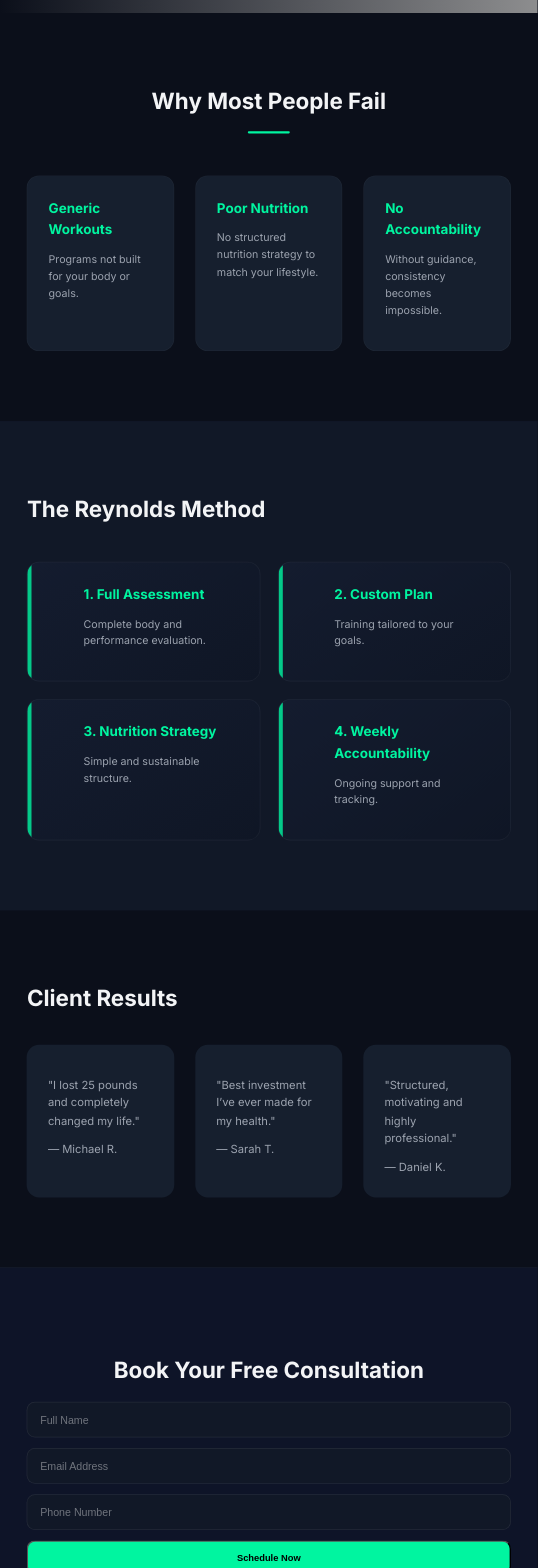
Repository: davidfsillva/Landing-page-pro
Page: index.html
An editor plug-in stored every save of this project. The page is shown before and after a run of saves, followed by the edit.
The browser window is 768 px wide. The pictures show the part of the page from y = 782 to 3022 px (the page is 3287 px tall before and 3803 px after), at 70% of full size.
Pictures or frames that could not be fetched are drawn as grey boxes.

Above is the page before, as saved 2026-02-25 19:21:58.

### index.html
<!DOCTYPE html>
<html lang="en">
<head>
    <!-- ================= BASIC META ================= -->
    <meta charset="UTF-8">
    <meta name="viewport" content="width=device-width, initial-scale=1.0, maximum-scale=5.0">
    <meta name="robots" content="index, follow">
    <link rel="canonical" href="https://www.davidperformance.com">

    <!-- ================= SEO ================= -->
    <title>David Performance | Elite Personal Trainer</title>
    <meta name="description" content="Elite personal training focused on fat loss, muscle building and peak performance. Customized programs, strategic nutrition and real accountability. Book your free fitness consultation today.">

    <!-- ================= OPEN GRAPH ================= -->
    <meta property="og:title" content="David Performance | Transform Your Body in 90 Days">
    <meta property="og:description" content="Personalized training programs with proven results. Limited spots available.">
    <meta property="og:type" content="website">
    <meta property="og:image" content="https://placehold.co/1200x630/0B1020/00FF99?text=DAVID+PERFORMANCE">
    <meta property="og:url" content="https://www.davidperformance.com">
    <meta name="twitter:card" content="summary_large_image">

    <!-- ================= FONTS ================= -->
    <link rel="preconnect" href="https://fonts.googleapis.com">
    <link href="https://fonts.googleapis.com/css2?family=Inter:wght@300;400;600;700;800&display=swap" rel="stylesheet">

    <!-- Icons -->
    <link rel="stylesheet" href="https://cdnjs.cloudflare.com/ajax/libs/font-awesome/6.0.0-beta3/css/all.min.css">

    <!-- CSS -->
    <link rel="stylesheet" href="style.css">

    <!-- ================= PIXEL / TRACKING ================= -->
    <!-- Add Meta Pixel or Google Tag Manager here -->
</head>

<body>

<header class="header">
  <div class="container header-flex">
      <div class="logo">LUCAS REYNOLDS</div>

      <button class="menu-toggle" id="menuToggle">☰</button>

      <nav class="nav" id="nav">
        <a href="#home">Home</a>
        <a href="#about">About</a>
        <a href="#method">Method</a>
        <a href="#results">Results</a>
      </nav>
  </div>
</header>

<main>

<!-- HERO -->
<section id="home" class="hero">
    <div class="hero-overlay"></div>

    <div class="container hero-grid">

        <div class="hero-content">
            <div class="hero-badge">
                Trusted by 320+ Clients
            </div>

            <h1>
                TRANSFORM YOUR BODY IN
                <span>90 DAYS</span>
                OR LESS
            </h1>

            <p>
                Elite personal coaching focused on fat loss, muscle growth and peak performance.
                No generic workouts. Just real strategy and real accountability.
            </p>

            <div class="hero-buttons">
                <a href="#contact" class="btn btn-primary">
                    Book Free Consultation
                </a>
            </div>

            <div class="hero-proof">
                <div>
                    <strong>320+</strong>
                    <small>Transformations</small>
                </div>

                <div>
                    <strong>8+ Years</strong>
                    <small>Experience</small>
                </div>
            </div>
        </div>

    </div>
</section>

<!-- ABOUT -->
<section id="about" class="section">
    <div class="container">
        <h2>Why Most People Fail</h2>

        <div class="grid-3">

            <div class="card">
                <h3>Generic Workouts</h3>
                <p>Programs not built for your body or goals.</p>
            </div>

            <div class="card">
                <h3>Poor Nutrition</h3>
                <p>No structured nutrition strategy to match your lifestyle.</p>
            </div>

            <div class="card">
                <h3>No Accountability</h3>
                <p>Without guidance, consistency becomes impossible.</p>
            </div>

        </div>
    </div>
</section>

<!-- METHOD -->
<section id="method" class="section section-dark">
    <div class="container">
        <h2>The Reynolds Method</h2>

        <div class="method-list">
            <div class="method-item">
                <strong>1. Full Assessment</strong>
                <p>Complete body and performance evaluation.</p>
            </div>

            <div class="method-item">
                <strong>2. Custom Plan</strong>
                <p>Training tailored to your goals.</p>
            </div>

            <div class="method-item">
                <strong>3. Nutrition Strategy</strong>
                <p>Simple and sustainable structure.</p>
            </div>

            <div class="method-item">
                <strong>4. Weekly Accountability</strong>
                <p>Ongoing support and tracking.</p>
            </div>
        </div>
    </div>
</section>

<!-- RESULTS -->
<section id="results" class="section">
    <div class="container">
        <h2>Client Results</h2>

        <div class="grid-3">

            <div class="testimonial">
                <p>"I lost 25 pounds and completely changed my life."</p>
                <span>— Michael R.</span>
            </div>

            <div class="testimonial">
                <p>"Best investment I’ve ever made for my health."</p>
                <span>— Sarah T.</span>
            </div>

            <div class="testimonial">
                <p>"Structured, motivating and highly professional."</p>
                <span>— Daniel K.</span>
            </div>

        </div>
    </div>
</section>

<!-- CONTACT -->
<section id="contact" class="section cta">
    <div class="container">
        <h2>Book Your Free Consultation</h2>

        <form class="form">
            <input type="text" placeholder="Full Name" required>
            <input type="email" placeholder="Email Address" required>
            <input type="tel" placeholder="Phone Number" required>

            <button type="submit" class="btn btn-primary">
                Schedule Now
            </button>
        </form>
    </div>
</section>

</main>

<footer class="footer">
    <div class="container">
        <p>© 2026 Lucas Reynolds Performance. All rights reserved.</p>
    </div>
</footer>

<script src="script.js"></script>
</body>
</html>

### style.css
* {
    margin: 0;
    padding: 0;
    box-sizing: border-box;
}

:root {
    --bg: #0B0F1A;
    --bg-dark: #111827;
    --card: #161F2E;

    --text: #F3F4F6;
    --muted: #9CA3AF;

    --accent: #00F5A0;

    --radius: 18px;
}

body {
    font-family: 'Inter', sans-serif;
    background: var(--bg);
    color: var(--muted);
    line-height: 1.6;
}

.container {
    width: 90%;
    max-width: 1200px;
    margin: auto;
}

.section {
    padding: 100px 0;
}

.section-dark {
    background: var(--bg-dark);
}

h1, h2, h3 {
    color: var(--text);
}

h1 {
    font-size: clamp(2.5rem, 5vw, 4rem);
    line-height: 1.1;
}

h1 span {
    color: var(--accent);
}

h2 {
    font-size: 2rem;
    margin-bottom: 40px;
}

p {
    margin: 15px 0;
}

.btn {
    display: inline-block;
    padding: 15px 35px;
    border-radius: 50px;
    font-weight: 600;
    text-decoration: none;
    transition: 0.3s ease;
}

.btn-primary {
    background: var(--accent);
    color: #000;
}

.btn-primary:hover {
    transform: translateY(-3px);
}

/* HEADER */
.header {
    position: fixed;
    width: 100%;
    background: rgba(11,15,26,0.9);
    backdrop-filter: blur(8px);
    padding: 20px 0;
    z-index: 1000;
}

.header-flex {
    display: flex;
    justify-content: space-between;
    align-items: center;
}

.logo {
    font-weight: 800;
    color: var(--accent);
}

.nav {
    display: flex;
    gap: 30px;
}

.nav a {
    color: var(--muted);
    text-decoration: none;
}

.nav a:hover {
    color: var(--accent);
}

.menu-toggle {
    display: none;
    background: none;
    border: none;
    color: var(--accent);
    font-size: 1.5rem;
}

/* HERO */
.hero {
    height: 100vh;
    display: flex;
    align-items: center;
    background: url('img/pexels-ardit-mbrati-216809103-18187618.jpg') center right/cover no-repeat;
    position: relative;
    padding-top: 80px;
}

.hero-overlay {
    position: absolute;
    inset: 0;
    background: linear-gradient(270deg, rgba(11, 15, 26, 0.116), rgb(11, 15, 26));
}

.hero-grid {
    position: relative;
}

.hero-content {
    max-width: 600px;
}

.hero-badge {
    background: rgba(0,245,160,0.1);
    color: var(--accent);
    padding: 8px 16px;
    border-radius: 50px;
    display: inline-block;
    margin-bottom: 20px;
}

.hero-proof {
    display: flex;
    gap: 40px;
    margin-top: 30px;
}

.hero-proof strong {
    color: var(--accent);
    font-size: 1.5rem;
    display: block;
}

/* ===============================
   ABOUT SECTION UPGRADE
=================================*/

#about {
    text-align: center;
}

#about h2 {
    margin-bottom: 60px;
    position: relative;
}

#about h2::after {
    content: "";
    width: 60px;
    height: 3px;
    background: var(--accent);
    display: block;
    margin: 18px auto 0;
    border-radius: 3px;
}

/* GRID */
.grid-3 {
    display: grid;
    gap: 35px;
}

/* CARD ESTILO PROBLEMA */
.card {
    position: relative;
    background: linear-gradient(145deg, #121A2B, #0E1524);
    padding: 40px 30px;
    border-radius: 20px;
    border: 1px solid rgba(255,255,255,0.04);
    transition: 0.35s ease;
    text-align: left;
    overflow: hidden;
}



/* Hover mais forte */
.card:hover {
    transform: translateY(-10px);
    border-color: var(--accent);
    box-shadow: 0 25px 60px -20px var(--accent);
}

.card h3 {
    color: var(--accent);
    font-size: 1.2rem;
    margin-bottom: 15px;
}

.card p {
    font-size: 0.95rem;
    color: var(--muted);
    line-height: 1.6;
}



/* ===============================
   METHOD SECTION IMPROVED
=================================*/

.method-list {
    display: grid;
    gap: 30px;
    margin-top: 50px;
}

.method-item {
    position: relative;
    background: linear-gradient(145deg, #141C2F, #0F1625);
    padding: 30px 35px 30px 80px;
    border-radius: 18px;
    border: 1px solid rgba(255,255,255,0.05);
    transition: 0.35s ease;
    overflow: hidden;
}

/* Linha lateral de destaque */
.method-item::before {
    content: "";
    position: absolute;
    left: 0;
    top: 0;
    height: 100%;
    width: 6px;
    background: var(--accent);
    opacity: 0.8;
}

/* Número grande no fundo */
.method-item::after {
    content: attr(data-step);
    position: absolute;
    right: 25px;
    top: 20px;
    font-size: 4rem;
    font-weight: 800;
    color: rgba(255,255,255,0.04);
}

/* Hover sofisticado */
.method-item:hover {
    transform: translateY(-8px);
    border-color: var(--accent);
    box-shadow: 0 20px 50px -15px rgba(0,245,160,0.25);
}

.method-item strong {
    display: block;
    font-size: 1.2rem;
    color: var(--text);
    margin-bottom: 10px;
}

.method-item p {
    font-size: 0.95rem;
    color: var(--muted);
    max-width: 500px;
}



/* CARDS */
.grid-3 {
    display: grid;
    gap: 30px;
}

.card, .testimonial {
    background: var(--card);
    padding: 30px;
    border-radius: var(--radius);
}

.method-list {
    display: grid;
    gap: 25px;
}

.method-item strong {
    color: var(--accent);
}

/* FORM */
.form {
    display: grid;
    gap: 20px;
    max-width: 500px;
}

.form input {
    padding: 15px;
    border-radius: 10px;
    border: none;
}

/* ===============================
   CTA CLEAN HIGH-END
=================================*/

.cta {
    background: #0E1428;
    padding: 120px 0;
    text-align: center;
    border-top: 1px solid rgba(255,255,255,0.05);
    border-bottom: 1px solid rgba(255,255,255,0.05);
}

.cta h2 {
    font-size: clamp(2rem, 4vw, 2.6rem);
    margin-bottom: 20px;
}

.cta p {
    max-width: 600px;
    margin: 0 auto 50px auto;
    font-size: 1rem;
    color: var(--muted);
}

/* FORM INLINE PREMIUM */
.form {
    max-width: 900px;
    margin: 0 auto;
    display: grid;
    grid-template-columns: repeat(4, 1fr);
    gap: 15px;
}

/* INPUTS */
.form input {
    padding: 16px 18px;
    border-radius: 12px;
    border: 1px solid rgba(255,255,255,0.08);
    background: #111827;
    color: var(--text);
    font-size: 0.95rem;
    transition: 0.3s ease;
}

.form input::placeholder {
    color: rgba(255,255,255,0.4);
}

.form input:focus {
    border-color: var(--accent);
    box-shadow: 0 0 0 3px rgba(0,245,160,0.12);
    outline: none;
}

/* BOTÃO */
.form button {
    border-radius: 12px;
    font-weight: 700;
}

/* RESPONSIVO */
@media (max-width: 900px) {
    .form {
        grid-template-columns: 1fr;
    }
}

/* FOOTER */
.footer {
    padding: 40px 0;
    text-align: center;
    background: #05070E;
}

/* RESPONSIVE */

@media (max-width: 768px) {
    .nav {
        display: none;
        flex-direction: column;
        background: var(--bg-dark);
        position: absolute;
        top: 70px;
        right: 0;
        padding: 20px;
    }

    .nav.active {
        display: flex;
    }

    .menu-toggle {
        display: block;
    }

    .hero-proof {
        flex-direction: column;
    }


    .method-list {
        grid-template-columns: repeat(2, 1fr);
    }

    .grid-3 {
        grid-template-columns: repeat(3, 1fr);
    }
}

### script.js
(function () {
  "use strict";

  /* =====================================================
     1. MENU RESPONSIVO COM ACESSIBILIDADE
  ===================================================== */
  const menuToggle = document.getElementById("menuToggle");
  const navMenu = document.getElementById("navMenu");

  if (menuToggle && navMenu) {
    menuToggle.addEventListener("click", () => {
      const isActive = navMenu.classList.toggle("active");

      // Atualiza aria-expanded para acessibilidade
      menuToggle.setAttribute("aria-expanded", isActive);

      // Impede scroll do body quando menu aberto
      document.body.style.overflow = isActive ? "hidden" : "auto";
    });

    // Fecha menu ao clicar em link
    document.querySelectorAll(".nav-menu a").forEach(link => {
      link.addEventListener("click", () => {
        navMenu.classList.remove("active");
        menuToggle.setAttribute("aria-expanded", "false");
        document.body.style.overflow = "auto";
      });
    });
  }

  /* =====================================================
     2. SCROLL SUAVE COM OFFSET DO HEADER
  ===================================================== */
  const header = document.querySelector("header");

  document.querySelectorAll('a[href^="#"]').forEach(anchor => {
    anchor.addEventListener("click", function (e) {
      const targetId = this.getAttribute("href");
      if (targetId === "#") return;

      const target = document.querySelector(targetId);
      if (!target) return;

      e.preventDefault();

      const headerHeight = header ? header.offsetHeight : 0;
      const elementPosition = target.getBoundingClientRect().top + window.scrollY;
      const offsetPosition = elementPosition - headerHeight - 10;

      window.scrollTo({
        top: offsetPosition,
        behavior: "smooth"
      });
    });
  });

  /* =====================================================
     3. REVEAL ON SCROLL (OTIMIZADO)
  ===================================================== */
  const reveals = document.querySelectorAll(".reveal");

  if ("IntersectionObserver" in window) {
    const revealObserver = new IntersectionObserver((entries, observer) => {
      entries.forEach(entry => {
        if (entry.isIntersecting) {
          entry.target.classList.add("active");
          observer.unobserve(entry.target);
        }
      });
    }, {
      threshold: 0.15,
      rootMargin: "0px 0px -40px 0px"
    });

    reveals.forEach(el => revealObserver.observe(el));
  } else {
    // Fallback simples
    reveals.forEach(el => el.classList.add("active"));
  }

  /* =====================================================
     4. CONTADOR ANIMADO
  ===================================================== */
  const counter = document.querySelector(".counter-number");

  if (counter) {
    const target = parseInt(counter.dataset.target, 10);
    let current = 0;
    const duration = 1500;
    const startTime = performance.now();

    const animateCounter = (timestamp) => {
      const progress = Math.min((timestamp - startTime) / duration, 1);
      current = Math.floor(progress * target);
      counter.textContent = current.toLocaleString("pt-BR");

      if (progress < 1) {
        requestAnimationFrame(animateCounter);
      } else {
        counter.textContent = target.toLocaleString("pt-BR");
      }
    };

    const counterObserver = new IntersectionObserver(entries => {
      if (entries[0].isIntersecting) {
        requestAnimationFrame(animateCounter);
        counterObserver.disconnect();
      }
    }, { threshold: 0.6 });

    counterObserver.observe(counter);
  }

  /* =====================================================
     5. VALIDAÇÃO AVANÇADA + REDIRECIONAMENTO WHATSAPP
  ===================================================== */
  const form = document.getElementById("leadForm");
  const feedback = document.getElementById("formFeedback");

  if (form && feedback) {
    form.addEventListener("submit", function (e) {
      e.preventDefault();

      const nome = document.getElementById("nome").value.trim();
      const email = document.getElementById("email").value.trim();
      const telefone = document.getElementById("telefone").value.trim();
      const telDigits = telefone.replace(/\D/g, "");

      // Reset visual
      feedback.style.color = "#ff4d4d";
      feedback.textContent = "";

      /* ===== Validações ===== */

      if (nome.length < 5 || !/\s/.test(nome)) {
        feedback.textContent = "Digite nome e sobrenome corretamente.";
        return;
      }

      const emailRegex = /^[^\s@]+@[^\s@]+\.[^\s@]+$/;
      if (!emailRegex.test(email)) {
        feedback.textContent = "Digite um e-mail válido.";
        return;
      }

      if (telDigits.length < 10 || telDigits.length > 11) {
        feedback.textContent = "WhatsApp inválido. Use DDD + número.";
        return;
      }

      /* ===== Sucesso ===== */
      feedback.style.color = "#00FF99";
      feedback.textContent = "Redirecionando para o WhatsApp...";

      /* ===== Disparo de Pixel ===== */

      // Meta Pixel
      if (typeof fbq === "function") {
        fbq("track", "Lead");
      }

      // Google Ads (exemplo)
      if (typeof gtag === "function") {
        gtag("event", "conversion", {
          event_category: "Lead",
          event_label: "Form Landing"
        });
      }

      /* ===== Redirecionamento WhatsApp ===== */

      const numeroPersonal = "5511999999999"; // ⚠️ ALTERE AQUI
      const mensagem = encodeURIComponent(
        `Olá! Me chamo ${nome}.\nQuero agendar minha avaliação gratuita.\nE-mail: ${email}`
      );

      setTimeout(() => {
        window.location.href = `https://wa.me/${numeroPersonal}?text=${mensagem}`;
      }, 1200);
    });
  }

})();

After the next 2 saves:
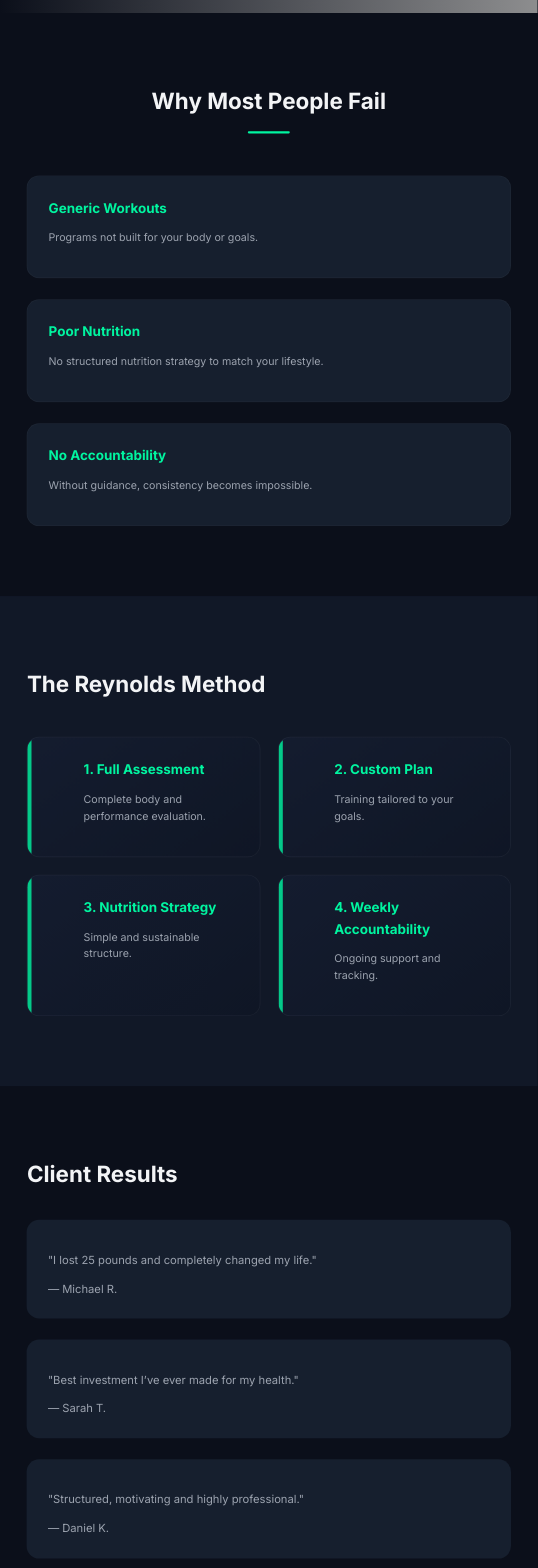
The 2 saves are shown as one change because they came seconds apart.
The last was saved 7 s later.
--- a/style.css
+++ b/style.css
@@ -434,6 +434,8 @@
     }
 
     .grid-3 {
-        grid-template-columns: repeat(3, 1fr);
-    }
-}
+        grid-template-columns: 1fr;
+    }
+
+
+}

After the save that followed:
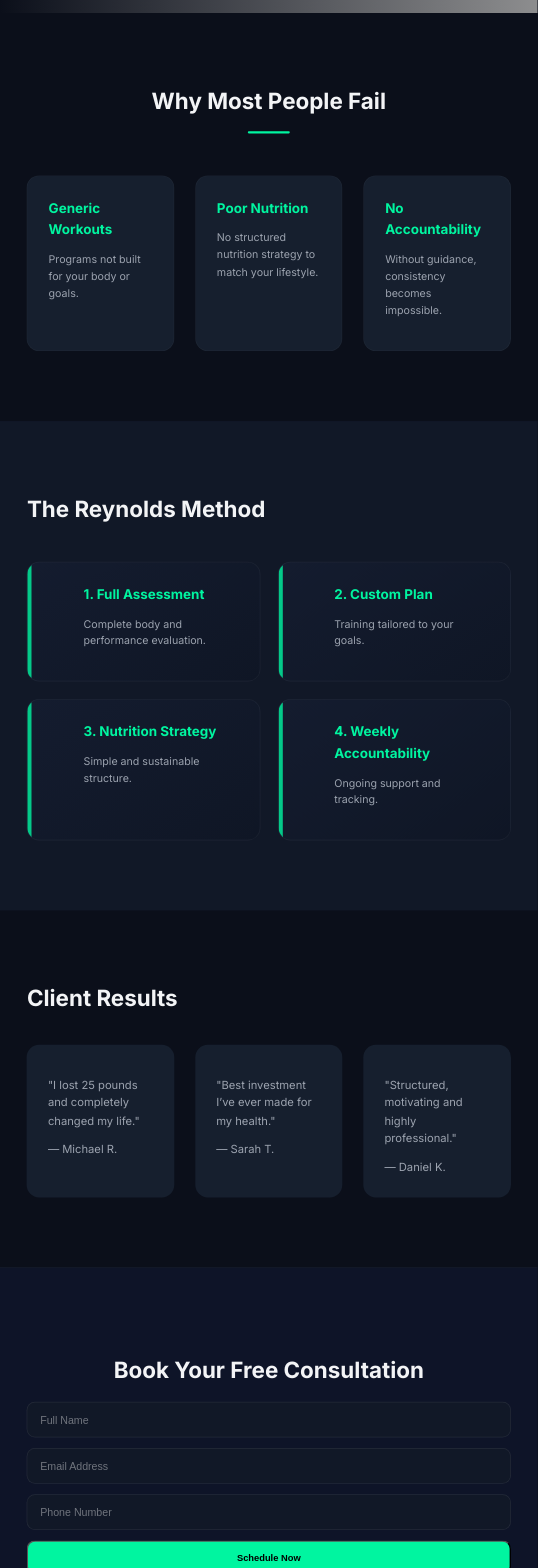
Saved 13 s later.
--- a/style.css
+++ b/style.css
@@ -434,8 +434,8 @@
     }
 
     .grid-3 {
-        grid-template-columns: 1fr;
-    }
-
-
-}
+        grid-template-columns: repeat(3, 1fr);
+    }
+
+
+}
